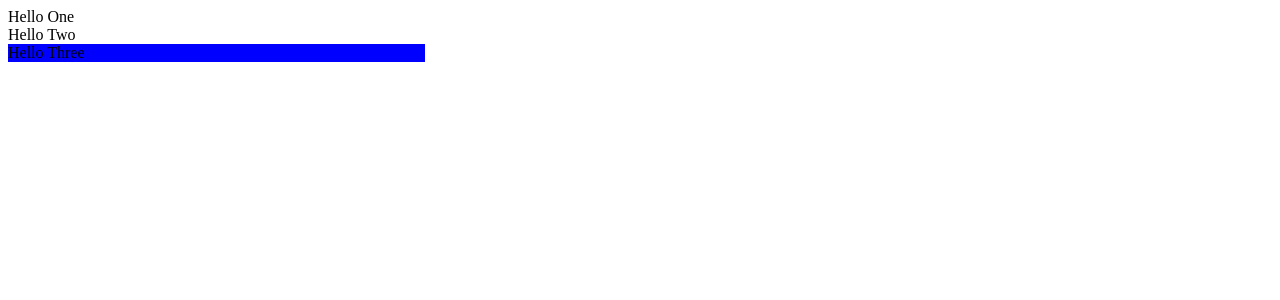
Repository: kimbalaya7/coding-managers
Page: index3.html
The author's editor kept a record of every edit. The page is drawn from the files as they stood at one moment, then again after the next edit.
The browser window is 1280 px wide. The pictures show the whole page.

Above is the page before.

After the next edit:
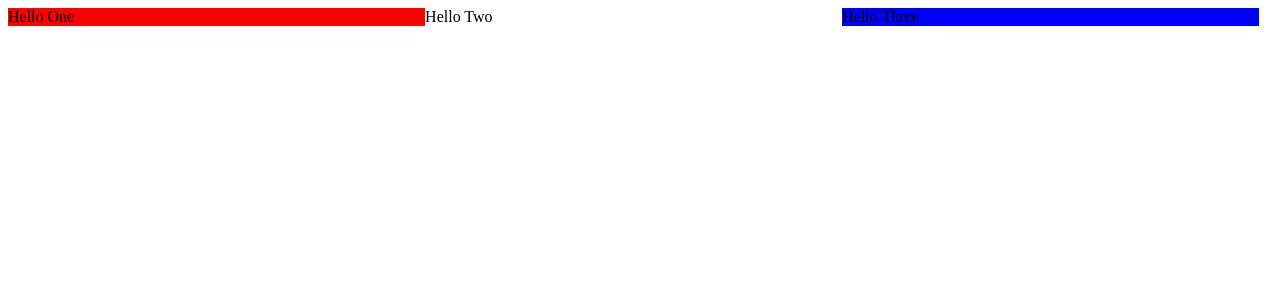
The edit:
--- a/index3.html
+++ b/index3.html
@@ -19,7 +19,7 @@
         </style>
     </head>
 <body>
-    <div class="container"></div>
+    <div class="container">
     <div class="hello">Hello One</div>
     <div class="hello">Hello Two</div>
     <div class="hello">Hello Three</div>
